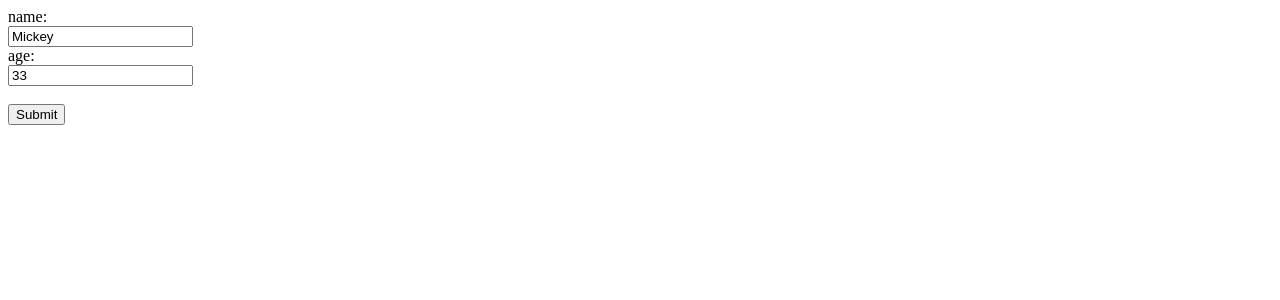
Repository: usaeed/Project2018
Page: http://localhost/curdProject/create.jsp
These files come from the project's save history. The page is drawn as it stood at one moment and after the next save; the edit follows.
The browser window is 1280 px wide. The pictures show the whole page.
The page is served by Tomcat 9.

Above is the page before, as saved 2018-02-02 10:12:38.

### curdProject/WebContent/create.jsp
<%@ page language="java" contentType="text/html; charset=ISO-8859-1"
    pageEncoding="ISO-8859-1"%>
<!DOCTYPE html PUBLIC "-//W3C//DTD HTML 4.01 Transitional//EN" "http://www.w3.org/TR/html4/loose.dtd">
<%@include file="connect.jsp"%>
<html>
<head>
<meta http-equiv="Content-Type" content="text/html; charset=ISO-8859-1">
<title>Insert title here</title>
</head>
<body>

<form action="xxx.jsp">
  name:<br>
  <input type="text" name="name" value="Mickey"><br>
  age:<br>
  <input type="text" name="age" value="33"><br><br>
  <input type="submit" value="Submit">
</form>
</body>
</html>

### curdProject/WebContent/connect.jsp
<%@ page language="java" contentType="text/html; charset=ISO-8859-1"
	pageEncoding="ISO-8859-1"%>
<%@page import="java.sql.DriverManager"%>
<%@page import="java.sql.ResultSet"%>
<%@page import="java.sql.Statement"%>
<%@page import="java.sql.Connection"%>
<%
	String id = request.getParameter("userid");
	String driver = "com.mysql.jdbc.Driver";
	String connectionUrl = "jdbc:mysql://localhost:3306/";
	String database = "curddb";
	String userid = "root";
	String password = "";
	try {
		Class.forName(driver);
	} catch (ClassNotFoundException e) {
		e.printStackTrace();
	}
	Connection connection = null;
	Statement statement = null;
	ResultSet resultSet = null;
%>

After the next save:
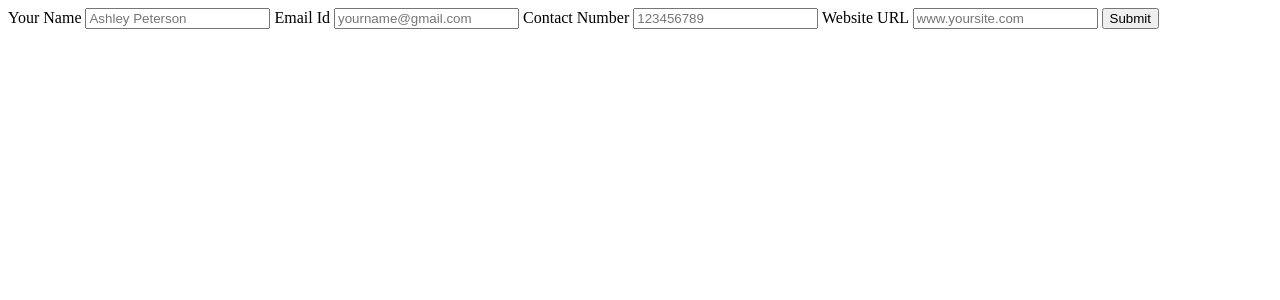
Saved 80 s later.
--- a/curdProject/WebContent/create.jsp
+++ b/curdProject/WebContent/create.jsp
@@ -10,10 +10,14 @@
 <body>
 
 <form action="xxx.jsp">
-  name:<br>
-  <input type="text" name="name" value="Mickey"><br>
-  age:<br>
-  <input type="text" name="age" value="33"><br><br>
+<label>Your Name</label>
+<input name="name" placeholder="Ashley Peterson" type="text" width="100px;">
+<label>Email Id</label>
+<input name="email" placeholder="yourname@gmail.com" type="text">
+<label>Contact Number</label>
+<input name="contact" placeholder="123456789" type="text">
+<label>Website URL</label>
+<input name="website" placeholder="www.yoursite.com" type="text">
   <input type="submit" value="Submit">
 </form>
 </body>
